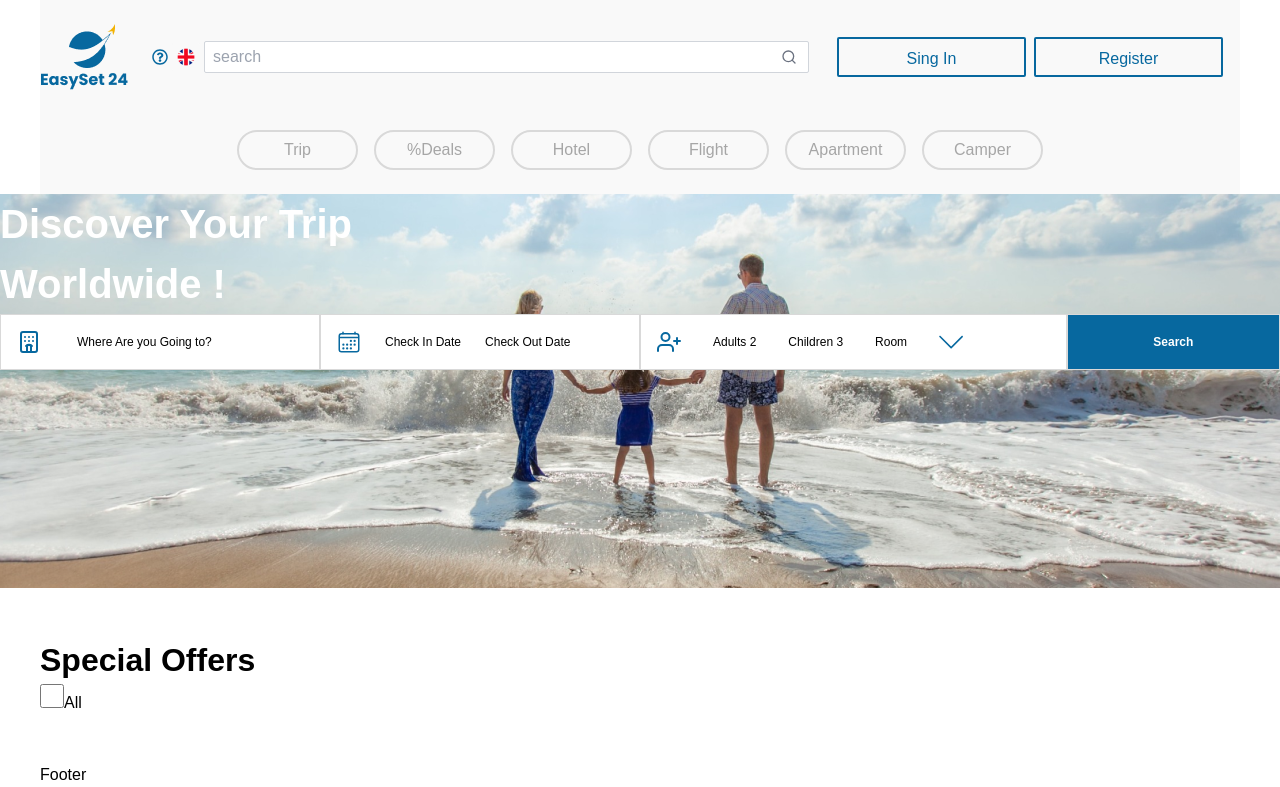
Repository: Quynhhuong150322/DIKO_STUDY_TRAVEL_WEB
Page: /
These files come from the project's save history. The page is drawn as it stood at one moment and after the next save; the edit follows.
The browser window is 1280 px wide. The pictures show the whole page.
The project was rebuilt for these pictures with package versions that can differ from the ones it lists, and the page was loaded fresh each time. Also part of the build but not shown: src/components/Login.js, src/components/Register.js. Imported but missing from the stored project, and not drawn on this page: src/redux/slices/authSlice.

Above is the page before, as saved 2024-02-23 10:01:34.

After the next save:
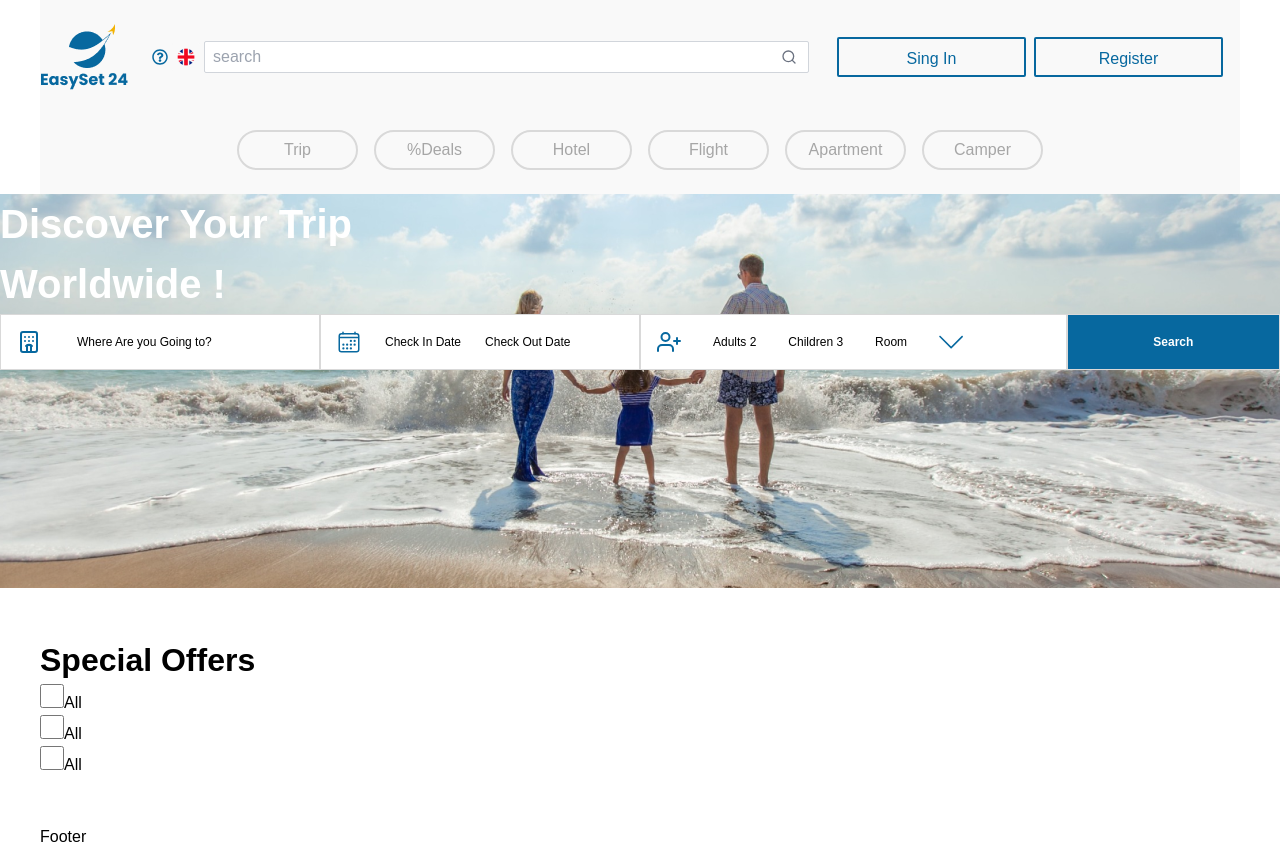
Saved 42 s later.
--- a/src/pages/LangdingPage/Langding.js
+++ b/src/pages/LangdingPage/Langding.js
@@ -64,11 +64,27 @@ const Langding = () => {
         <div className=''>
           <h2 className='text-2xl font-bold'>Special Offers</h2>
           <div className=''>
-            <input
-              type="checkbox"
-              className="w-[24px] h-[24px] border border-gray-300 px-2 py-1 focus:outline-none focus:border-1 focus:border-primary"
-            />
-            <label for="checkbox" className=''>All</label>
+            <div className=''>
+              <input
+                type="checkbox"
+                className="w-[24px] h-[24px] border border-gray-300 px-2 py-1 focus:outline-none focus:border-1 focus:border-primary"
+              />
+              <label for="checkbox" className=''>All</label>
+            </div>
+            <div className=''>
+              <input
+                type="checkbox"
+                className="w-[24px] h-[24px] border border-gray-300 px-2 py-1 focus:outline-none focus:border-1 focus:border-primary"
+              />
+              <label for="checkbox" className=''>All</label>
+            </div>
+            <div className=''>
+              <input
+                type="checkbox"
+                className="w-[24px] h-[24px] border border-gray-300 px-2 py-1 focus:outline-none focus:border-1 focus:border-primary"
+              />
+              <label for="checkbox" className=''>All</label>
+            </div>
           </div>
         </div>
       </div>
